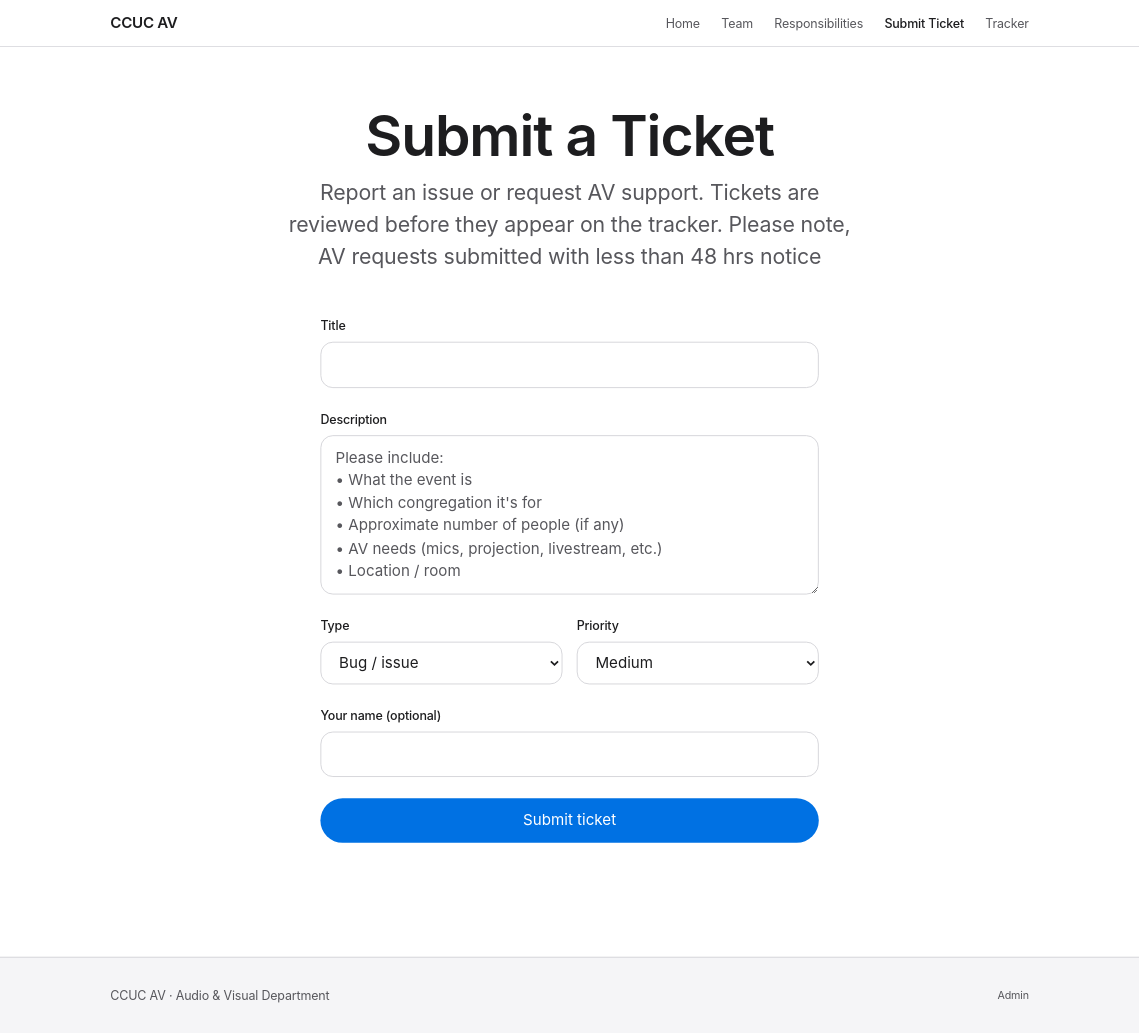
Repository: fakebrianho/ccuc_av
Page: /submit
The author's editor kept a copy of each file at every save. The page is drawn from the files as they stood at one save, then again after the next save.
The browser window is 1280 px wide. The pictures show the whole page, at 89% of full size.
The project was rebuilt for these pictures with package versions that can differ from the ones it lists, and the page was loaded fresh each time. The framework's server and built-in components were replaced by stand-ins that run in the browser. Also part of the build but not shown: next.config.mjs.

Above is the page before, as saved 2026-10-04 09:34:19.

### src/app/layout.js
import "./globals.css";
import SmoothScroll from "@/components/motion/SmoothScroll";
import Nav from "@/components/Nav";
import Footer from "@/components/Footer";

export const metadata = {
  title: {
    default: "CCUC AV Team",
    template: "%s — CCUC AV Team",
  },
  description:
    "The CCUC AV team: who we are, what we do, and how to request AV support.",
};

export default function RootLayout({ children }) {
  return (
    <html lang="en">
      <body>
        <SmoothScroll>
          <Nav />
          {children}
          <Footer />
        </SmoothScroll>
      </body>
    </html>
  );
}

### src/app/template.js
"use client";

import { useEffect, useRef } from "react";
import { motion, MotionConfig } from "motion/react";

// Re-mounts on every navigation, giving each page a seamless entrance.
// Single owner of the page transition; pages animate their own inner
// elements but never wrap themselves in another route-level transition.
export default function Template({ children }) {
  const ref = useRef(null);

  // Template re-mounts per navigation: move focus to the new page content
  // so keyboard/screen-reader users aren't stranded on the old position.
  useEffect(() => {
    ref.current?.focus({ preventScroll: true });
  }, []);

  return (
    <MotionConfig reducedMotion="user">
      <motion.div
        ref={ref}
        tabIndex={-1}
        initial={{ opacity: 0, y: 16 }}
        animate={{ opacity: 1, y: 0 }}
        transition={{ duration: 0.5, ease: [0.22, 1, 0.36, 1] }}
        style={{
          flex: 1,
          display: "flex",
          flexDirection: "column",
          outline: "none",
        }}
      >
        {children}
      </motion.div>
    </MotionConfig>
  );
}

### src/app/submit/page.js
import TicketForm from "@/components/TicketForm";
import styles from "./page.module.css";

export const metadata = { title: "Submit a Ticket" };

export default function SubmitPage() {
  return (
    <main className={styles.main}>
      <header className={styles.header}>
        <h1 className={styles.title}>Submit a Ticket</h1>
        <p className={styles.sub}>
          Report an issue or request AV support. Tickets are reviewed before
          they appear on the tracker. Please note, AV requests submitted with less than 48 hrs notice
        </p>
      </header>
      <TicketForm />
    </main>
  );
}

### src/app/globals.css
:root {
  /* Surfaces — light-first, Apple-style */
  --bg: #ffffff;
  --bg-elevated: #f5f5f7;
  --fg: #1d1d1f;
  --fg-muted: #57575c;
  --line: #d2d2d7;

  /* Accent */
  --accent: #0071e3;
  --accent-hover: #0077ed;

  /* Status / priority palette (tracker badges) */
  --green: #248a3d;
  --orange: #c93400;
  --red: #d70015;
  --yellow: #a05a00;

  /* Type scale (fluid) */
  --text-xs: 0.75rem;
  --text-sm: 0.875rem;
  --text-base: 1.0625rem;
  --text-lg: clamp(1.25rem, 1.1rem + 0.6vw, 1.5rem);
  --text-xl: clamp(1.75rem, 1.4rem + 1.4vw, 2.5rem);
  --text-2xl: clamp(2.5rem, 1.8rem + 2.8vw, 4rem);
  --text-hero: clamp(3rem, 2rem + 5vw, 6.5rem);

  /* Spacing scale */
  --space-1: 0.25rem;
  --space-2: 0.5rem;
  --space-3: 0.75rem;
  --space-4: 1rem;
  --space-6: 1.5rem;
  --space-8: 2rem;
  --space-12: 3rem;
  --space-16: 4rem;
  --space-24: 6rem;
  --space-32: 8rem;

  /* Shape + depth */
  --radius-sm: 8px;
  --radius: 14px;
  --radius-lg: 22px;
  --radius-full: 999px;
  --shadow-sm: 0 1px 2px rgba(0, 0, 0, 0.06);
  --shadow: 0 4px 24px rgba(0, 0, 0, 0.08);
  --shadow-lg: 0 12px 48px rgba(0, 0, 0, 0.12);

  /* Layout */
  --content-width: 1080px;
  --nav-height: 52px;

  --font-sans: -apple-system, BlinkMacSystemFont, "SF Pro Text", "SF Pro Display",
    Inter, system-ui, "Segoe UI", Roboto, Helvetica, Arial, sans-serif;
}

* {
  box-sizing: border-box;
  padding: 0;
  margin: 0;
}

html,
body {
  max-width: 100vw;
  overflow-x: hidden;
}

body {
  /* Let <html> grow with content: Lenis recomputes its scroll limit only
     when the root element resizes, so a fixed html height leaves it stale. */
  min-height: 100vh;
  min-height: 100dvh;
  display: flex;
  flex-direction: column;
  color: var(--fg);
  background: var(--bg);
  font-family: var(--font-sans);
  font-size: var(--text-base);
  line-height: 1.5;
  letter-spacing: -0.011em;
  -webkit-font-smoothing: antialiased;
  -moz-osx-font-smoothing: grayscale;
  text-rendering: optimizeLegibility;
}

h1,
h2,
h3 {
  letter-spacing: -0.02em;
  line-height: 1.1;
  font-weight: 600;
}

a {
  color: inherit;
  text-decoration: none;
}

button {
  font: inherit;
  cursor: pointer;
}

::selection {
  background: var(--accent);
  color: #fff;
}

@media (prefers-reduced-motion: reduce) {
  *,
  *::before,
  *::after {
    animation-duration: 0.01ms !important;
    animation-iteration-count: 1 !important;
    transition-duration: 0.01ms !important;
    scroll-behavior: auto !important;
  }
}

### src/components/motion/SmoothScroll.jsx
"use client";

import { createContext, useContext, useEffect, useState } from "react";
import Lenis from "lenis";

const LenisContext = createContext(null);

export function useLenis() {
  return useContext(LenisContext);
}

// Single owner of smooth scrolling. Mounted once in the root layout;
// nothing else may instantiate Lenis.
export default function SmoothScroll({ children }) {
  const [lenis, setLenis] = useState(null);

  useEffect(() => {
    if (window.matchMedia("(prefers-reduced-motion: reduce)").matches) {
      return;
    }

    const instance = new Lenis({
      duration: 1.1,
      easing: (t) => Math.min(1, 1.001 - Math.pow(2, -10 * t)),
    });

    let rafId;
    const raf = (time) => {
      instance.raf(time);
      rafId = requestAnimationFrame(raf);
    };
    rafId = requestAnimationFrame(raf);
    setLenis(instance);

    return () => {
      cancelAnimationFrame(rafId);
      instance.destroy();
      setLenis(null);
    };
  }, []);

  return (
    <LenisContext.Provider value={lenis}>{children}</LenisContext.Provider>
  );
}

### src/components/Nav.jsx
"use client";

import Link from "next/link";
import { usePathname } from "next/navigation";
import styles from "./Nav.module.css";

const links = [
  { href: "/", label: "Home" },
  { href: "/team", label: "Team" },
  { href: "/responsibilities", label: "Responsibilities" },
  { href: "/submit", label: "Submit Ticket" },
  { href: "/tracker", label: "Tracker" },
];

export default function Nav() {
  const pathname = usePathname();

  return (
    <header className={styles.header}>
      <nav className={styles.nav} aria-label="Main">
        <Link href="/" className={styles.brand}>
          CCUC&nbsp;AV
        </Link>
        <ul className={styles.list}>
          {links.map(({ href, label }) => (
            <li key={href}>
              <Link
                href={href}
                className={pathname === href ? styles.active : styles.link}
              >
                {label}
              </Link>
            </li>
          ))}
        </ul>
      </nav>
    </header>
  );
}

### src/components/Footer.jsx
import Link from "next/link";
import styles from "./Footer.module.css";

export default function Footer() {
  return (
    <footer className={styles.footer}>
      <div className={styles.inner}>
        <p className={styles.copy}>
          CCUC AV · Audio &amp; Visual Department
        </p>
        <Link href="/login" className={styles.admin}>
          Admin
        </Link>
      </div>
    </footer>
  );
}

### src/components/TicketForm.jsx
"use client";

import { useState } from "react";
import { motion, AnimatePresence } from "motion/react";
import { TYPES, PRIORITIES, validateNewTicket } from "@/lib/tickets/schema";
import styles from "./TicketForm.module.css";

const initialForm = {
  title: "",
  description: "",
  type: "bug",
  priority: "medium",
  submitterName: "",
};

const DESCRIPTION_PLACEHOLDER = [
  "Please include:",
  "• What the event is",
  "• Which congregation it's for",
  "• Approximate number of people (if any)",
  "• AV needs (mics, projection, livestream, etc.)",
  "• Location / room",
].join("\n");

export default function TicketForm() {
  const [form, setForm] = useState(initialForm);
  const [errors, setErrors] = useState({});
  const [state, setState] = useState("idle"); // idle | submitting | success

  const set = (field) => (e) =>
    setForm((f) => ({ ...f, [field]: e.target.value }));

  async function onSubmit(e) {
    e.preventDefault();
    const { valid, errors: clientErrors, value } = validateNewTicket(form);
    setErrors(clientErrors);
    if (!valid) return;

    setState("submitting");
    try {
      const res = await fetch("/api/tickets", {
        method: "POST",
        headers: { "Content-Type": "application/json" },
        body: JSON.stringify(value),
      });
      if (res.status === 201) {
        setForm(initialForm);
        setState("success");
        return;
      }
      const data = await res.json().catch(() => ({}));
      setErrors(data.errors ?? { form: "Something went wrong. Try again." });
      setState("idle");
    } catch {
      setErrors({ form: "Network error. Try again." });
      setState("idle");
    }
  }

  if (state === "success") {
    return (
      <motion.div
        className={styles.success}
        initial={{ opacity: 0, y: 12 }}
        animate={{ opacity: 1, y: 0 }}
      >
        <h2>Ticket received</h2>
        <p>We&apos;ll review it and add it to the tracker.</p>
        <button
          className={styles.secondary}
          onClick={() => setState("idle")}
          type="button"
        >
          Submit another
        </button>
      </motion.div>
    );
  }

  return (
    <form className={styles.form} onSubmit={onSubmit} noValidate>
      <Field label="Title" error={errors.title}>
        <input
          className={styles.input}
          value={form.title}
          onChange={set("title")}
          maxLength={200}
          aria-invalid={Boolean(errors.title)}
          required
        />
      </Field>

      <Field label="Description" error={errors.description}>
        <textarea
          className={styles.textarea}
          value={form.description}
          onChange={set("description")}
          placeholder={DESCRIPTION_PLACEHOLDER}
          rows={6}
          maxLength={5000}
          aria-invalid={Boolean(errors.description)}
          required
        />
      </Field>

      <div className={styles.row}>
        <Field label="Type" error={errors.type}>
          <select
            className={styles.input}
            value={form.type}
            onChange={set("type")}
          >
            {TYPES.map((t) => (
              <option key={t} value={t}>
                {t === "bug" ? "Bug / issue" : "Request"}
              </option>
            ))}
          </select>
        </Field>

        <Field label="Priority" error={errors.priority}>
          <select
            className={styles.input}
            value={form.priority}
            onChange={set("priority")}
          >
            {PRIORITIES.map((p) => (
              <option key={p} value={p}>
                {p[0].toUpperCase() + p.slice(1)}
              </option>
            ))}
          </select>
        </Field>
      </div>

      <Field label="Your name (optional)" error={errors.submitterName}>
        <input
          className={styles.input}
          value={form.submitterName}
          onChange={set("submitterName")}
          maxLength={100}
        />
      </Field>

      <AnimatePresence>
        {errors.form && (
          <motion.p
            className={styles.formError}
            initial={{ opacity: 0 }}
            animate={{ opacity: 1 }}
            exit={{ opacity: 0 }}
          >
            {errors.form}
          </motion.p>
        )}
      </AnimatePresence>

      <button
        className={styles.submit}
        type="submit"
        disabled={state === "submitting"}
      >
        {state === "submitting" ? "Submitting…" : "Submit ticket"}
      </button>
    </form>
  );
}

function Field({ label, error, children }) {
  return (
    <label className={styles.field}>
      <span className={styles.label}>{label}</span>
      {children}
      {error && <span className={styles.error}>{error}</span>}
    </label>
  );
}

### src/app/submit/page.module.css
.main {
  flex: 1;
  max-width: var(--content-width);
  width: 100%;
  margin: 0 auto;
  padding: var(--space-16) var(--space-6) var(--space-32);
}

.header {
  text-align: center;
  margin-bottom: var(--space-12);
  display: flex;
  flex-direction: column;
  gap: var(--space-3);
}

.title {
  font-size: var(--text-2xl);
}

.sub {
  color: var(--fg-muted);
  font-size: var(--text-lg);
  max-width: 44ch;
  margin: 0 auto;
}

.notice {
  max-width: 560px;
  margin: 0 auto var(--space-12);
  padding: var(--space-6);
  border: 1px solid var(--line);
  border-radius: var(--radius-lg);
  background: var(--bg-elevated);
  display: flex;
  flex-direction: column;
  gap: var(--space-3);
}

.noticeEyebrow {
  font-size: var(--text-xs);
  font-weight: 700;
  letter-spacing: 0.08em;
  text-transform: uppercase;
  color: var(--fg-muted);
}

.noticeTitle {
  font-size: var(--text-lg);
  line-height: 1.25;
}

.noticeBody {
  color: var(--fg);
}

.tiers {
  list-style: none;
  padding: 0;
  margin: var(--space-2) 0 0;
  display: flex;
  flex-direction: column;
  gap: var(--space-2);
}

.tier {
  display: grid;
  grid-template-columns: minmax(9rem, auto) 1fr;
  gap: var(--space-4);
  align-items: baseline;
  padding: var(--space-3) var(--space-4);
  border-radius: var(--radius-sm);
  background: var(--bg);
  border-left: 3px solid var(--line);
  font-size: var(--text-sm);
}

.tierWhen {
  font-weight: 600;
}

.tierOk {
  border-left-color: var(--green);
}

.tierMaybe {
  border-left-color: var(--yellow);
}

.tierNo {
  border-left-color: var(--red);
}

.tierNo .tierWhat {
  font-weight: 500;
}

@media (max-width: 480px) {
  .tier {
    grid-template-columns: 1fr;
    gap: var(--space-1);
  }
}

### src/components/Nav.module.css
.header {
  position: sticky;
  top: 0;
  z-index: 100;
  backdrop-filter: saturate(180%) blur(20px);
  -webkit-backdrop-filter: saturate(180%) blur(20px);
  background: rgba(255, 255, 255, 0.72);
  border-bottom: 1px solid var(--line);
}

.nav {
  max-width: var(--content-width);
  margin: 0 auto;
  height: var(--nav-height);
  display: flex;
  align-items: center;
  justify-content: space-between;
  padding: 0 var(--space-6);
  gap: var(--space-6);
}

.brand {
  font-weight: 600;
  font-size: var(--text-base);
  letter-spacing: -0.02em;
}

.list {
  display: flex;
  align-items: center;
  gap: var(--space-6);
  list-style: none;
  overflow-x: auto;
}

.link,
.active {
  font-size: var(--text-sm);
  color: var(--fg-muted);
  transition: color 0.2s ease;
  white-space: nowrap;
}

.link:hover {
  color: var(--fg);
}

.active {
  color: var(--fg);
  font-weight: 500;
}

@media (max-width: 640px) {
  .nav {
    padding: 0 var(--space-4);
    gap: var(--space-4);
  }
  .list {
    gap: var(--space-4);
  }
}

### src/components/Footer.module.css
.footer {
  border-top: 1px solid var(--line);
  background: var(--bg-elevated);
}

.inner {
  max-width: var(--content-width);
  margin: 0 auto;
  padding: var(--space-8) var(--space-6);
  display: flex;
  align-items: center;
  justify-content: space-between;
  gap: var(--space-4);
}

.copy {
  font-size: var(--text-sm);
  color: var(--fg-muted);
}

.admin {
  font-size: var(--text-xs);
  color: var(--fg-muted);
}

.admin:hover {
  color: var(--fg);
}

### src/components/TicketForm.module.css
.form {
  display: flex;
  flex-direction: column;
  gap: var(--space-6);
  width: 100%;
  max-width: 560px;
  margin: 0 auto;
}

.field {
  display: flex;
  flex-direction: column;
  gap: var(--space-2);
}

.label {
  font-size: var(--text-sm);
  font-weight: 500;
}

.input,
.textarea {
  font: inherit;
  padding: var(--space-3) var(--space-4);
  border: 1px solid var(--line);
  border-radius: var(--radius);
  background: var(--bg);
  color: var(--fg);
  transition: border-color 0.2s ease, box-shadow 0.2s ease;
}

.input:focus,
.textarea:focus {
  outline: none;
  border-color: var(--accent);
  box-shadow: 0 0 0 3px rgba(0, 113, 227, 0.15);
}

.textarea {
  resize: vertical;
}

.row {
  display: grid;
  grid-template-columns: 1fr 1fr;
  gap: var(--space-4);
}

@media (max-width: 480px) {
  .row {
    grid-template-columns: 1fr;
  }
}

.error {
  color: var(--red);
  font-size: var(--text-sm);
  font-weight: 500;
}

.input[aria-invalid="true"],
.textarea[aria-invalid="true"] {
  border-color: var(--red);
}

.formError {
  color: var(--red);
  font-size: var(--text-sm);
  text-align: center;
}

.submit {
  padding: var(--space-3) var(--space-6);
  border: none;
  border-radius: var(--radius-full);
  background: var(--accent);
  color: #fff;
  font-size: var(--text-base);
  transition: background 0.2s ease;
}

.submit:hover:enabled {
  background: var(--accent-hover);
}

.submit:disabled {
  opacity: 0.6;
  cursor: default;
}

.success {
  text-align: center;
  display: flex;
  flex-direction: column;
  align-items: center;
  gap: var(--space-4);
  padding: var(--space-16) 0;
}

.success p {
  color: var(--fg-muted);
}

.secondary {
  background: none;
  border: 1px solid var(--line);
  border-radius: var(--radius-full);
  padding: var(--space-2) var(--space-6);
  color: var(--accent);
}

.textarea::placeholder {
  color: var(--fg-muted);
  opacity: 1;
}

.textarea:focus::placeholder {
  color: transparent;
}

Loaded but not shown: src/lib/tickets/schema.js (library)

After the next save:
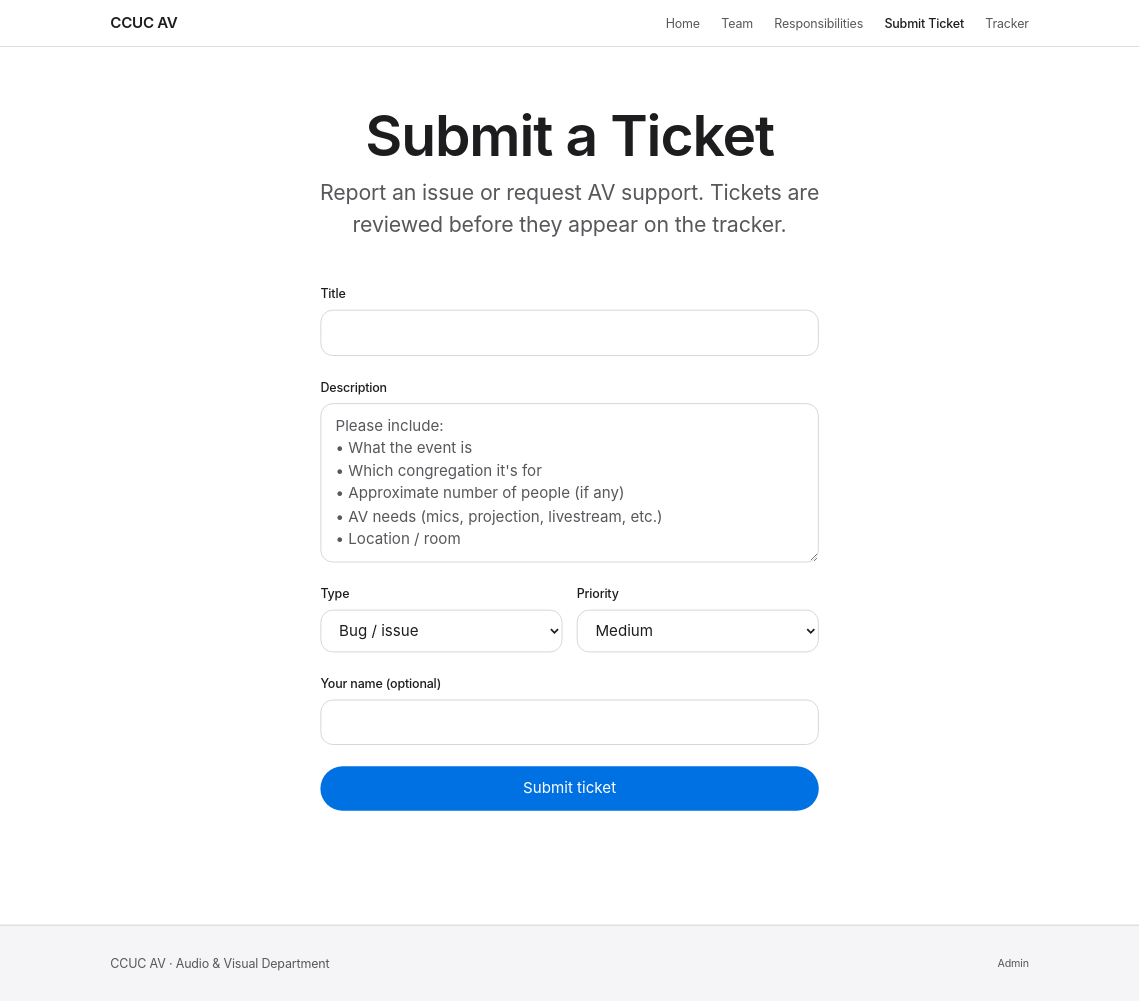
Saved 23 s later.
--- a/src/app/submit/page.js
+++ b/src/app/submit/page.js
@@ -10,7 +10,7 @@ export default function SubmitPage() {
         <h1 className={styles.title}>Submit a Ticket</h1>
         <p className={styles.sub}>
           Report an issue or request AV support. Tickets are reviewed before
-          they appear on the tracker. Please note, AV requests submitted with less than 48 hrs notice
+          they appear on the tracker.
         </p>
       </header>
       <TicketForm />
